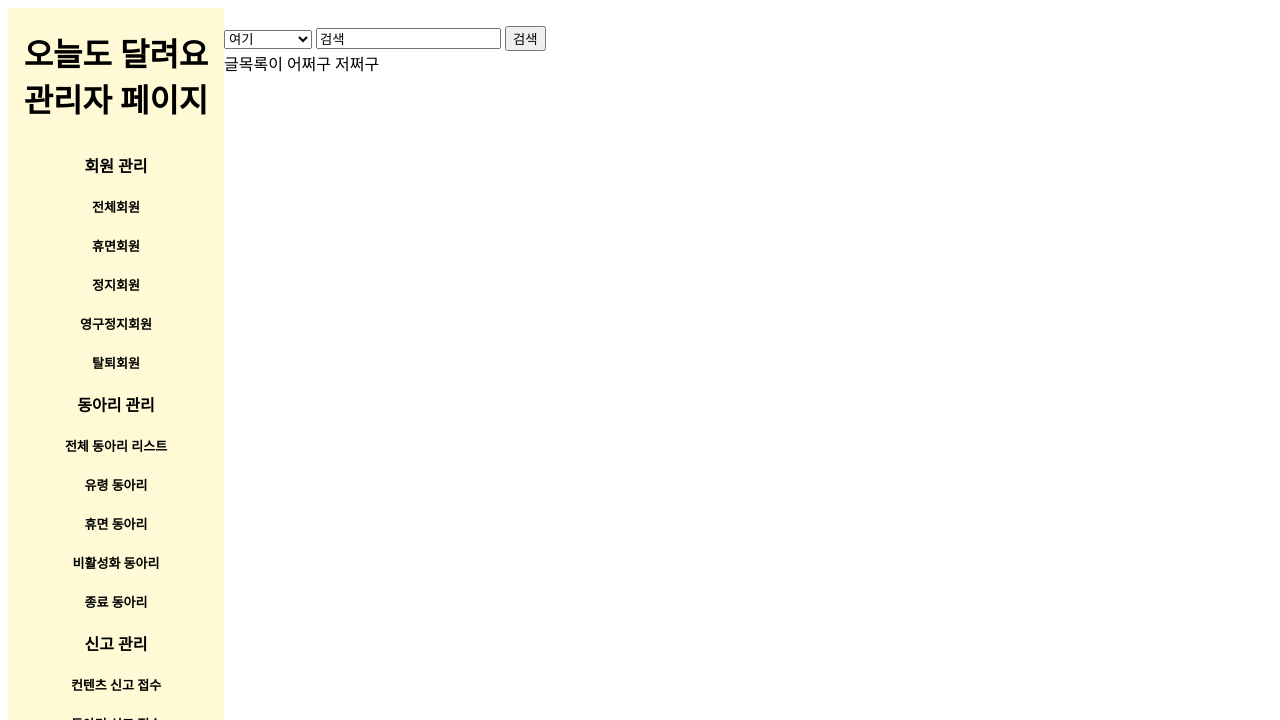
Repository: hyodii/FinalProject
Page: http://localhost/ViewPage/adminPageSideTab.jsp
The author's editor kept a copy of each file at every save. The page is drawn from the files as they stood at one save, then again after the next save.
The browser window is 1280 px wide. The pictures show the whole page.
The page is served by Tomcat 9.

Above is the page before, as saved 2021-12-05 13:55:12.

### ViewPage/WebContent/adminPageSideTab.jsp
<%@ page language="java" contentType="text/html; charset=UTF-8"
	pageEncoding="UTF-8"%>
<!DOCTYPE html>
<html>
<head>
<meta charset="UTF-8">
<title>adminPageSideTab.jsp</title>
<style type="text/css">
.sidebardiv
{
	list-style-type: none;
	padding: 0px;
	margin: 0px;
	width: 30vh;
	background: #FFFAD5;
	height: 100%;
	overflow: auto;
	position: fixed;
	text-align: center;
}

ul.subSidebar
{
	font-size: small;
}
ul.sidebar, ul.subSidebar
{
	list-style: none;
	padding: 0px;
}
.sidebar li a
{
	text-decoration: none;
	padding: 10px;
	display: block;
	color: #000;
	font-weight: bold;
}

.sidebar li a:hover
{
	background: #ffd34e;
	color: #fff;
}


.adminsearch
{
	margin-left: 30vh;
}


/* 나중에 여기에 내용 적을 때 적용 css */
.cd1
{
	margin-left: 30vh;
}



</style>

</head>
<body>

<div class="sidebardiv">
	<ul class="sidebar">
		<li><h1>오늘도 달려요 관리자 페이지</h1></li>

		<li><a href="#">회원 관리</a>
			<ul class="subSidebar">
				<li><a href="#">전체회원</a></li>
				<li><a href="#">휴면회원</a></li>
				<li><a href="#">정지회원</a></li>
				<li><a href="#">영구정지회원</a></li>
				<li><a href="#">탈퇴회원</a></li>
			</ul>
		</li>

		<li><a href="#">동아리 관리</a>
			<ul class="subSidebar">
				<li><a href="#">전체 동아리 리스트</a></li>
				<li><a href="#">유령 동아리</a></li>
				<li><a href="#">휴면 동아리</a></li>
				<li><a href="#">비활성화 동아리</a></li>
				<li><a href="#">종료 동아리</a></li>
			</ul>
		</li>

		<li><a href="#">신고 관리</a>
			<ul class="subSidebar">
				<li><a href="#">컨텐츠 신고 접수</a></li>
				<li><a href="#">동아리 신고 접수</a></li>
				<li><a href="#">삭제 게시글</a></li>
				<li><a href="#">삭제 댓글</a></li>
				<li><a href="#">삭제 동아리</a></li>
			</ul>
		</li>

		<li><a href="#">문의 관리</a>
			<ul class="subSidebar">
				<li><a href="#">1:1 문의</a></li>
				<li><a href="#">비회원 문의</a></li>
				<li><a href="#">자주하는 질문</a></li>
			</ul>
		</li>

		<li><a href="#">홈페이지 관리</a>
			<ul class="subSidebar">
				<li><a href="#">카테고리</a></li>
				<li><a href="#">지역 리스트</a></li>
				<li><a href="#">공지사항</a></li>
			</ul>
		</li>

		<li><a href="#">대표 게시판 관리</a>
			<ul class="subSidebar">
				<li><a href="#">자유글</a></li>
				<li><a href="#">모임홍보</a></li>
				<li><a href="#">카테고리</a></li>
			</ul>
		</li>

		<li><a href="#">관리자 계정 관리</a>
		</li>

	</ul>
</div>

div

<div class="adminsearch">
	<div class="search">
	         <form action ="" name="searchForm" method="post">
	            <select name="searchKey" class="selectField">
	               <option value="subject">여기</option>
	               <option value="name">내용은</option>
	               <option value="content">나중에 변경</option>

	            </select>
	            <input type="text" name="searchValue" class="textField" value="검색" placeholder="검색어를 입력해주세요.">
	            <input type="button" value="검색" >
	          </form>
	      </div>


	<div>
		글목록이 어쩌구 저쩌구

	</div>
</div>
</body>
</html>

After the next save:
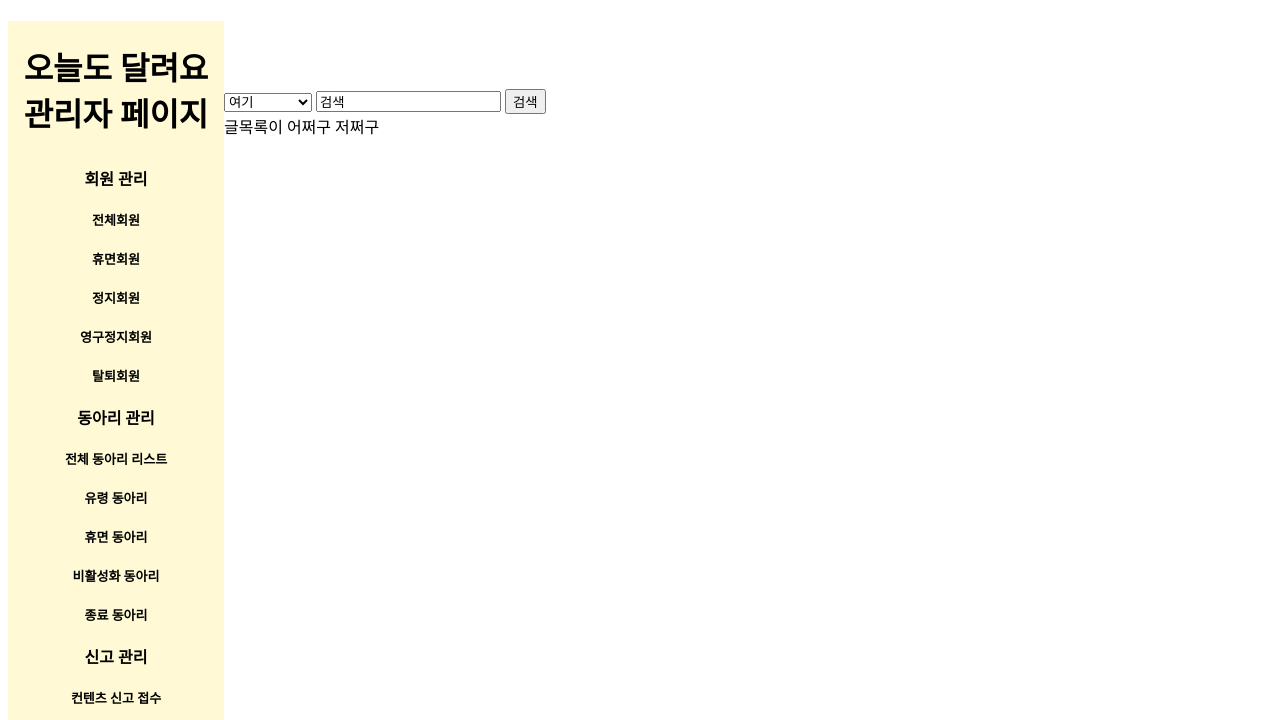
Saved 16 s later.
--- a/ViewPage/WebContent/adminPageSideTab.jsp
+++ b/ViewPage/WebContent/adminPageSideTab.jsp
@@ -127,7 +127,9 @@ ul.sidebar, ul.subSidebar
 	</ul>
 </div>
 
-div
+<div>
+	<h1>게시판 제목</h1>
+</div>
 
 <div class="adminsearch">
 	<div class="search">
